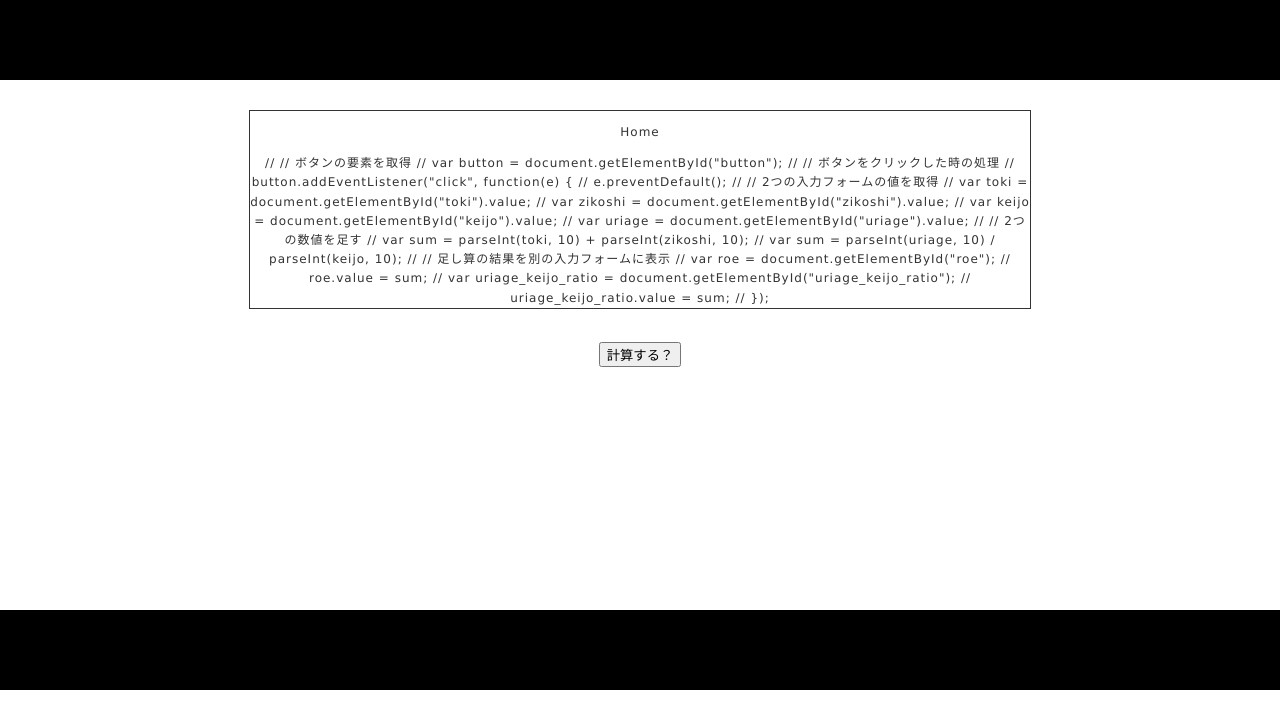
Repository: HattoriKotaro19920408/Keisanchan
Page: http://localhost/Keisanchan/
An editor plug-in stored every save of this project. The page is shown before and after the next save, followed by the edit.
The browser window is 1280 px wide. The pictures show the whole page.
The page is served by Tomcat 9. Other server files are loaded and not shown.

Above is the page before, as saved 2018-08-16 04:39:10.

### Keisanchan/WebContent/home.jsp
<%@ page language="java" contentType="text/html; charset=UTF-8"
    pageEncoding="UTF-8"%>
<%@ taglib prefix="s" uri="/struts-tags" %>
<!DOCTYPE html PUBLIC "-//W3C//DTD HTML 4.01 Transitional//EN" "http://www.w3.org/TR/html4/loose.dtd">
<html>
<head>
<meta http-equiv="Content-Type" content="text/html; charset=utf-8" />
<meta http-equiv="Content-Style-Type" content="text/css" />
<meta http-equiv="Content-Script-Type" content="text/javascript" />
<meta http-equiv="imagetoolbar" content="no" />
<meta name="description" content="" />
<meta name="keywords" content="" />

<title>Home画面</title>
<style type="text/css">
   body{
      margin:0;
      padding:0;
      line-height:1.6;
      letter-spacing:1px;
      font-family:Verdana, Helvetica, sans-serif;
      font-size:12px;
      color:#333;
      background:#fff;
   }
   table{
     text-align:center;
     margin:o auto;
   }

   #top{
     width:780px;
     margin:30px auto;
     border:1px solid #333;
   }
   #header{
     width:100%;
     height:80px;
     background-color:black;
   }
   #main{
     width:100%;
     height:500px;
     text-align:center;
   }
   #footer{
     width:100%;
     height:80px;
     background-color:black;
     clear:both;
   }
   #text-center{
      display:inline-block;
      text-align:center;
   }
</style>
</head>
<body>
 <div id="header">
         <div id="pr">
         </div>
    </div>

    <div id="main">
         <div id="top">
              <p>Home</p>

<!--               <form oninput="document.getElementById('roe').value = -->
<!-- 					parseInt(document.getElementById('toki').value, 10) / -->
<!-- 					parseInt(document.getElementById('zikoshi').value, 10)"> -->
<!-- 					<p>当期純利益<input type="number" id="toki"><p/> -->
<!-- 					<br><p>自己資本<input type="number" id="zikoshi"></p> -->

<!-- 					<output for="toki zikoshi" id="roe">計算結果</output> -->
<!-- 					<output for="toki zikoshi" id="roe">計算結果</output> -->
<!-- 					<output for="toki zikoshi" id="roe">計算結果</output> -->
<!-- 					</form> -->
<!-- 	<form> -->
<!--         <label for="toki">当期純利益 </label> -->
<!--         <input type="text" id="toki"><br> -->
<!--         <label for="zikoshi">自己資本: </label> -->
<!--         <input type="text" id="zikoshi"> -->
<!-- <br> -->
<!--          <label for="keijo">経常利益 </label> -->
<!--         <input type="text" id="keijo"><br> -->
<!--         <label for="uriage">売上高: </label> -->
<!--         <input type="text" id="uriage"> -->

<!--         <br><button id="button">計算する</button> -->
<!--     </form> -->

<!--     <label for="roe">ROE: </label> -->
<!--     <input type="text" id="roe"><br> -->
<!--      <label for="uriage_keijo_ratio">売上高経常利益率: </label> -->
<!--     <input type="text" id="uriage_keijo_ratio"> -->


<%-- <script> --%>

// // ボタンの要素を取得
// var button = document.getElementById("button");

// // ボタンをクリックした時の処理
// button.addEventListener("click", function(e) {

//     e.preventDefault();

//     // 2つの入力フォームの値を取得
//     var toki = document.getElementById("toki").value;
//     var zikoshi = document.getElementById("zikoshi").value;
//     var keijo = document.getElementById("keijo").value;
//     var uriage = document.getElementById("uriage").value;

//     // 2つの数値を足す
//     var sum = parseInt(toki, 10) + parseInt(zikoshi, 10);
//     var sum = parseInt(uriage, 10) / parseInt(keijo, 10);

//     // 足し算の結果を別の入力フォームに表示
//     var roe = document.getElementById("roe");
//     roe.value = sum;

//     var uriage_keijo_ratio = document.getElementById("uriage_keijo_ratio");
//     uriage_keijo_ratio.value = sum;
// });

<%-- </script> --%>


<!-- 					 <form ="KeisanAction"> -->


<!-- <p>当期純利益<input type="number" name="toki" value=""><p/> -->
<!-- <br><p>自己資本<input type="number" name="zikoshi" value=""></p> -->
<!-- <br><p>経常利益<input type="number" name="keijo" value=""></p> -->
<!-- <br><p>売上高<input type="number" name="uriage" value=""></p> -->
<!-- <br><p>売上総利益<input type="number" name="uriage_sori" value=""></p> -->
<!-- <br><p>営業利益<input type="number" name="eigyo" value=""></p> -->
<!-- <br><p>総資産<input type="number" name="total_assets" value=""></p> -->
<!-- <br><p>売上債権<input type="number" name="uriage_saiken" value=""></p> -->
<!-- <br><p>売上原価<input type="number" name="uriage_genka" value=""></p> -->
<!-- <br><p>棚卸資産<input type="number" name="tana" value=""></p> -->
<!-- <br><p>流動資産<input type="number" name="ryudo_assets" value=""></p> -->
<!-- <br><p>流動負債<input type="number" name="ryudo_fusai" value=""></p> -->
<!-- <br><p>固定資産<input type="number" name="kotei_assets" value=""></p> -->
<!-- <br><p>負債合計<input type="number" name="total_fusai" value=""></p> -->
<!-- </form> -->


         </div>

         <div id="text-center">
              <s:form action="HomeAction">
                      <s:submit value="計算する？"/>
              </s:form>
              <s:if test = "#session.id !=null">
                      <p>ログアウトする場合は<a href='<s:url action="LoginAction"/>'>こちら</a></p>
              </s:if>
         </div>
    </div>
    <div id="footer">
         <div id = "pr">
         </div>
    </div>

</body>
</html>

After the next save:
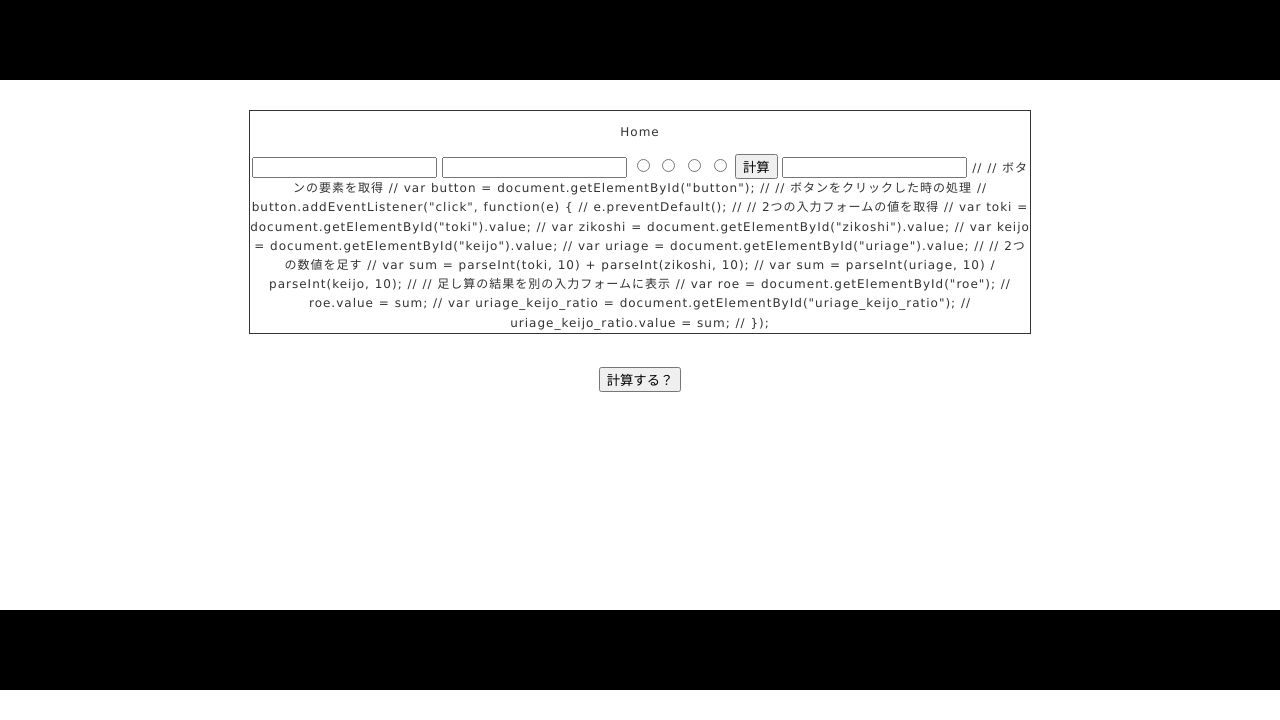
Saved 18 s later.
--- a/Keisanchan/WebContent/home.jsp
+++ b/Keisanchan/WebContent/home.jsp
@@ -64,7 +64,16 @@
     <div id="main">
          <div id="top">
               <p>Home</p>
+<input name="a" value="">
+<input name="b" value="">
+<input type="radio" name="c" value="2">
+<input type="radio" name="c" value="4">
+<input type="radio" name="c" value="7">
+<input type="radio" name="c" value="9">
 
+<input onclick=clac() value="計算" type=button>
+
+<input name="d" value="">
 <!--               <form oninput="document.getElementById('roe').value = -->
 <!-- 					parseInt(document.getElementById('toki').value, 10) / -->
 <!-- 					parseInt(document.getElementById('zikoshi').value, 10)"> -->
